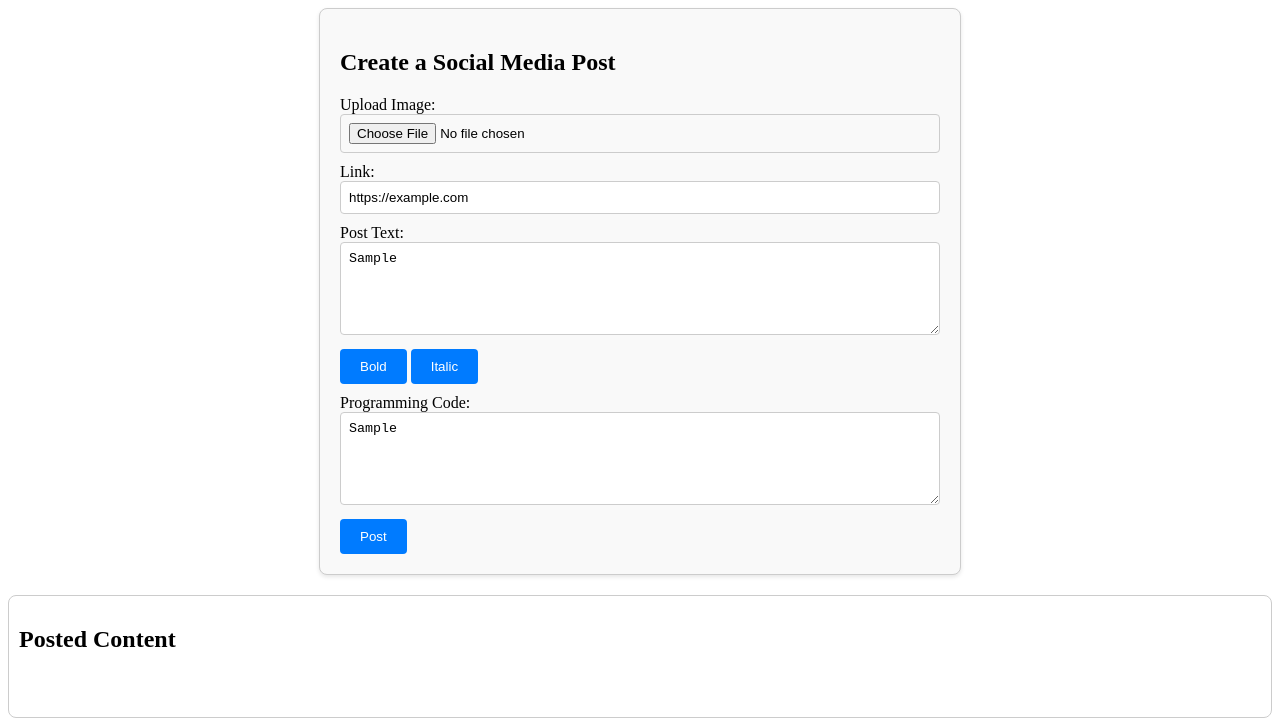
Repository: jaseem1999/sdCommunity
Page: http://localhost/sdCommunity/UserPost.jsp
The author's editor kept a copy of each file at every save. The page is drawn from the files as they stood at one save, then again after the next save.
The browser window is 1280 px wide. The pictures show the whole page.
Empty fields were first filled with sample values (such as "Sample", 5 or name@example.com).
After loading, the first visible `form` was submitted once.
The page is served by Tomcat 9. Other server files are loaded and not shown.

Above is the page before, as saved 2023-09-29 14:14:01.

### sdCommunity/src/main/webapp/UserPost.jsp
<%@ page language="java" contentType="text/html; charset=ISO-8859-1"
    pageEncoding="ISO-8859-1"%>
<!DOCTYPE html>
<html lang="en">
<head>
<meta charset="UTF-8">
<title>Insert title here</title>
<style>
    .post-form {
        max-width: 600px;
        margin: auto;
        padding: 20px;
        background-color: #f9f9f9;
        border: 1px solid #ccc;
        border-radius: 8px;
        box-shadow: 0 2px 4px rgba(0,0,0,0.1);
    }
    input, textarea, select {
        width: 100%;
        padding: 8px;
        margin-bottom: 10px;
        border: 1px solid #ccc;
        border-radius: 4px;
        box-sizing: border-box;
    }
    button {
        padding: 10px 20px;
        background-color: #007bff;
        color: #fff;
        border: none;
        border-radius: 4px;
        cursor: pointer;
    }
    button:hover {
        background-color: #0056b3;
    }
    .format-options {
        margin-bottom: 10px;
    }
    .post-display {
        margin-top: 20px;
        border: 1px solid #ccc;
        padding: 10px;
        background-color: #fff;
        border-radius: 8px;
    }
</style>
</head>
<body>
    <div class="post-form">
        <h2>Create a Social Media Post</h2>
        <form>
            <label for="image">Upload Image:</label>
            <input type="file" id="image" name="image" accept="image/*"><br>

            <label for="link">Link:</label>
            <input type="url" id="link" name="link"><br>

            <label for="text">Post Text:</label>
            <textarea id="text" name="text" rows="5"></textarea><br>

            <div class="format-options">
                <button type="button" onclick="makeBold()">Bold</button>
                <button type="button" onclick="makeItalic()">Italic</button>
            </div>

            <label for="code">Programming Code:</label>
            <textarea id="code" name="code" rows="5"></textarea><br>

            <button type="submit">Post</button>
        </form>
    </div>

    <div class="post-display" id="postDisplay">
        <h2>Posted Content</h2>
        <div id="displayContent">
        	<p id=textShow></p>
        </div>
    </div>

    <script>
        function makeBold() {
            var textarea = document.getElementById('text');
            var selectedText = textarea.value.substring(textarea.selectionStart, textarea.selectionEnd);
            var beforeText = textarea.value.substring(0, textarea.selectionStart);
            var afterText = textarea.value.substring(textarea.selectionEnd);
            textarea.value = beforeText + '<b>' + selectedText + '</b>' + afterText;
        }

        function makeItalic() {
            var textarea = document.getElementById('text');
            var selectedText = textarea.value.substring(textarea.selectionStart, textarea.selectionEnd);
            var beforeText = textarea.value.substring(0, textarea.selectionStart);
            var afterText = textarea.value.substring(textarea.selectionEnd);
            textarea.value = beforeText + '<i>' + selectedText + '</i>' + afterText;
        }

        document.querySelector('form').addEventListener('submit', function(e) {
            e.preventDefault();

            // Get form values
            var image = document.getElementById('image').value;
            var link = document.getElementById('link').value;
            var text = document.getElementById('text').value;
            var code = document.getElementById('code').value;

            // Display the content

            if (image) {
                displayContent.innerHTML += `<img src="${image}" alt="Uploaded Image"><br>`;
            }
            if (link) {
                displayContent.innerHTML += `<a href="${link}">${link}</a><br>`;
            }
            if (text) {
                displayContent.innerHTML += `<p>${text}</p>`;
            }
            if (code) {
                displayContent.innerHTML += `<pre><code>${code}</code></pre>`;
            }

            // Scroll to the display section
            document.getElementById('postDisplay').scrollIntoView({ behavior: 'smooth' });
        });
    </script>
</body>
</html>

After the next save:
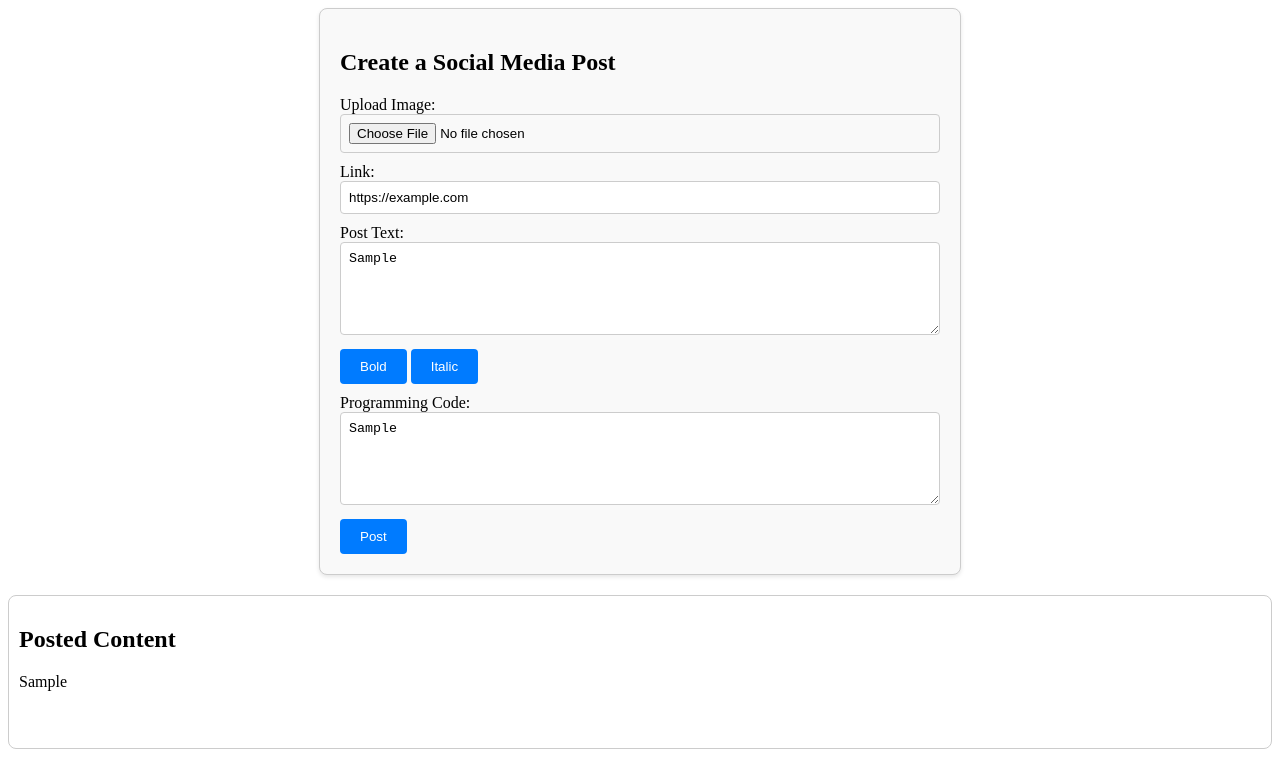
Saved 73 s later.
--- a/sdCommunity/src/main/webapp/UserPost.jsp
+++ b/sdCommunity/src/main/webapp/UserPost.jsp
@@ -113,7 +113,7 @@
                 displayContent.innerHTML += `<a href="${link}">${link}</a><br>`;
             }
             if (text) {
-                displayContent.innerHTML += `<p>${text}</p>`;
+            	 document.getElementById("textShow").innerHTML = text;
             }
             if (code) {
                 displayContent.innerHTML += `<pre><code>${code}</code></pre>`;
